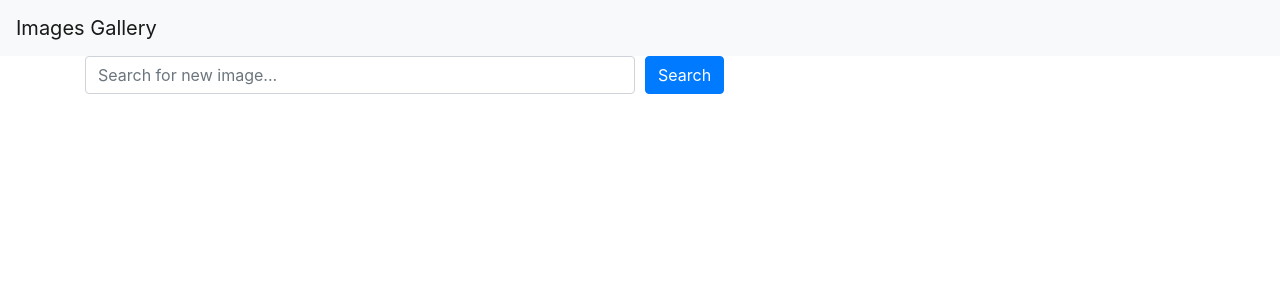
Repository: Zolds403/images-gallery
Page: / (app in frontend/)
An editor plug-in stored every save of this project. The page is shown before and after a run of saves, followed by the edit.
The browser window is 1280 px wide. The pictures show the whole page.
The project was rebuilt for these pictures with package versions that can differ from the ones it lists, and the page was loaded fresh each time.

Above is the page before, as saved 2021-06-03 18:35:23.

### frontend/src/index.js
//jshint esversion: 8
import React from 'react';
import ReactDOM from 'react-dom';
import './css/index.css';
import App from './App';
ReactDOM.render(
  <React.StrictMode>
    <App />
  </React.StrictMode>,
  document.getElementById('root')
);

### frontend/src/App.js
//jshint esversion: 8
import 'bootstrap/dist/css/bootstrap.min.css';
import Header from './components/Header';
import Search from './components/Search';

function App() {
  return (
    <div className="App">
     <Header title="Images Gallery"/>
     <Search />
    </div>
  );
}

export default App;

### frontend/src/components/Header.js
//jshint esversion: 8
import React from 'react';
import { Navbar } from 'react-bootstrap';

const Header = (props) => {
    const { title } = props;
    return(
        <Navbar bg="light" variant="light">
            <Navbar.Brand href="/">{props.title}</Navbar.Brand>
        </Navbar>
    )
};

export default Header;

### frontend/src/components/Search.js
//jshint esversion: 8
import React from 'react';
import { Container, Row, Col, Form, Button } from 'react-bootstrap';

const Search = () => {
    return (
      <Container>
        <Row>
          <Col>
            <Form>
              <Form.Row>
                <Col>
                  <Form.Control placeholder='Search for new image...' />
                </Col>
                <Col>
                  <Button variant="primary" type="submit">Search</Button>
                </Col>
              </Form.Row>
            </Form>
          </Col>
        </Row>
      </Container>
    );
};

export default Search;

Loaded but not shown: frontend/public/index.html (common file); frontend/src/css/index.css (common file)

After the next 2 saves:
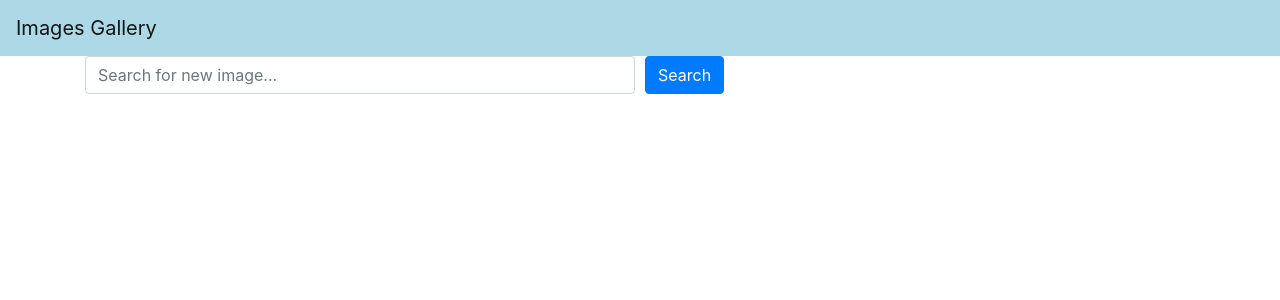
The 2 saves are shown as one change because 1 did not build or start.
The last was saved 3 min 8 s later.
--- a/frontend/src/components/Header.js
+++ b/frontend/src/components/Header.js
@@ -2,10 +2,14 @@
 import React from 'react';
 import { Navbar } from 'react-bootstrap';
 
+const navBarStyle = {
+    backgroundColor: 'lightblue'
+}
+
 const Header = (props) => {
     const { title } = props;
     return(
-        <Navbar bg="light" variant="light">
+        <Navbar style={navBarStyle} variant="light">
             <Navbar.Brand href="/">{props.title}</Navbar.Brand>
         </Navbar>
     )
